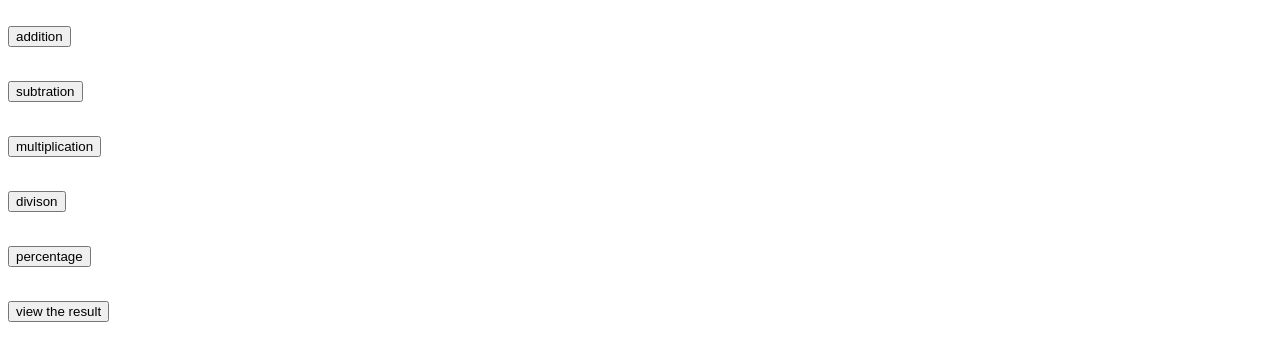
Repository: dhanasekar13/servlet
Page: mystore/war/details.html
The author's editor kept a copy of each file at every save. The page is drawn from the files as they stood at one save, then again after the next save.
The browser window is 1280 px wide. The pictures show the whole page.

Above is the page before, as saved 2017-05-08 19:02:26.

### mystore/war/details.html
<html>
<body>
<br>
<form method="post" action="mystore">
<input type="hidden" name="z1" value=1>
<input type="submit" value="addition">
</form><br>
<form method="post" action="mystor">
<input type="hidden" name="z1" value=2>
<input type="submit" value="subtration">
</form><br>
<form method="post" action="mystore">
<input type="hidden" name="z1" value=3>
<input type="submit" value="multiplication">
</form><br>
<form method="post" action="mystore">
<input type="hidden" name="z1" value=4>
<input type="submit" value="divison">
</form><br>
<form method="post" action="mystore">
<input type="hidden" name="z1" value=5>
<input type="submit" value="percentage">
</form><br>
<form method="post" action="mystore">
<input type="submit" value="view the result">
</form>
</body>

</html>

After the next save:
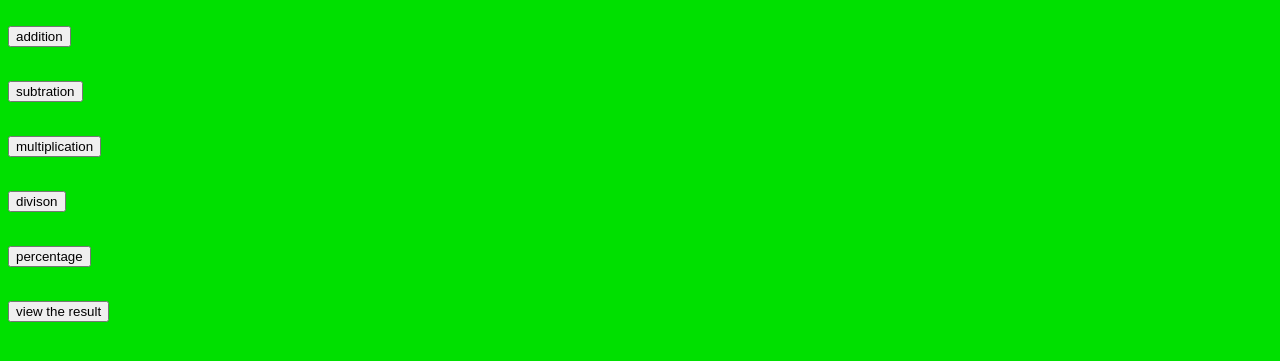
Saved 2 min 2 s later.
--- a/mystore/war/details.html
+++ b/mystore/war/details.html
@@ -1,5 +1,5 @@
 <html>
-<body>
+<body bgcolor="greyS">
 <br>
 <form method="post" action="mystore">
 <input type="hidden" name="z1" value=1>
